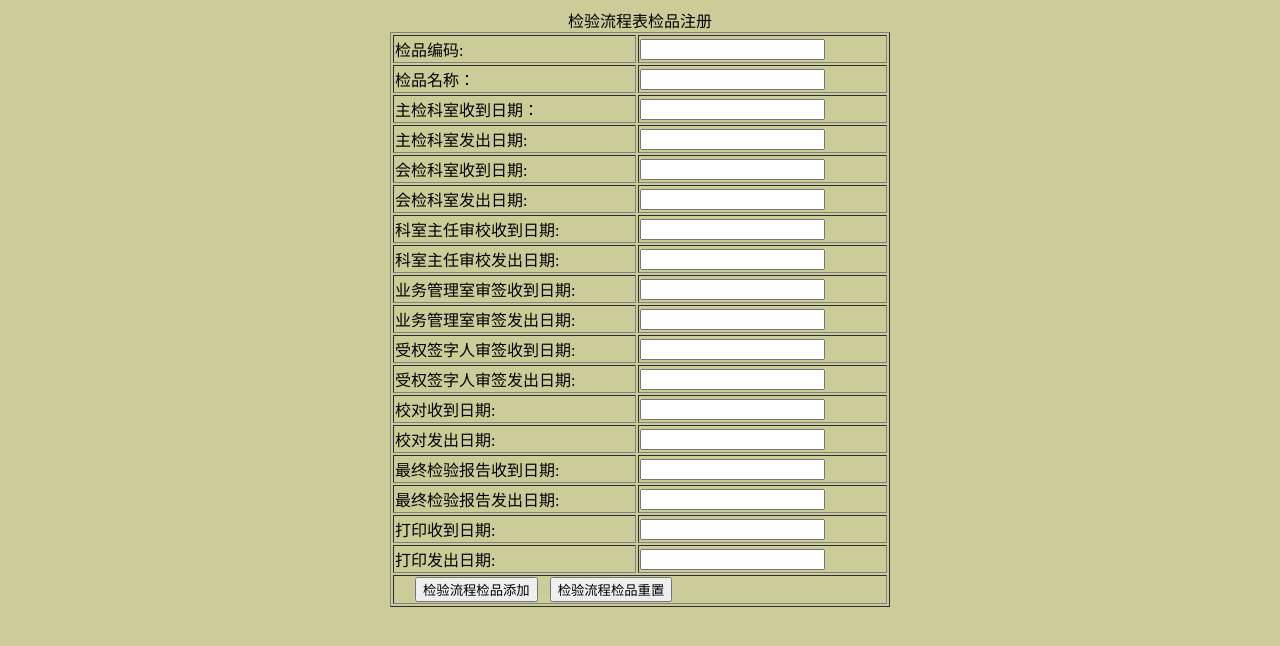
Repository: Shaoxubao/Java
Page: http://localhost/msm/jsp/final/sampleflow_final.jsp
These files come from the project's save history. The page is drawn as it stood at one moment and after the next save; the edit follows.
The browser window is 1280 px wide. The pictures show the whole page.
The page is served by Tomcat 9. Nobody is signed in. The application's start-up code is not run. The template is opened directly, without the code that normally fills it, so the values that code supplies are empty.

Above is the page before, as saved 2015-06-10 08:39:18.

After the next save:
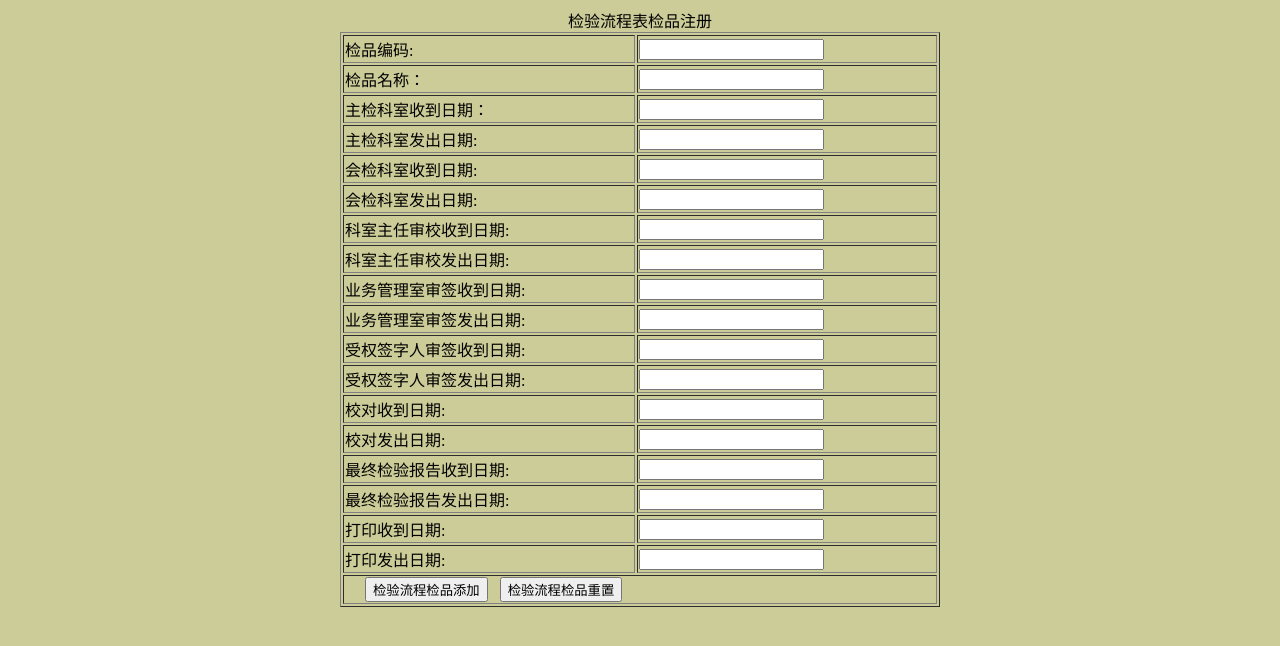
Saved 10 min 31 s later.
--- a/msm/WebContent/jsp/final/sampleflow_final.jsp
+++ b/msm/WebContent/jsp/final/sampleflow_final.jsp
@@ -10,7 +10,7 @@
 <body bgcolor="#CCCC99">
     <div align="center">检验流程表检品注册</div>
     <sf:form method="post" modelAttribute="sampleFlow">
-        <table align="center" width="500" border="1">
+        <table align="center" width="600" border="1">
             <tr>
                 <td>检品编码:</td><td><sf:input path="sampleNo" /><sf:errors path="sampleNo"/></td>
             </tr>
